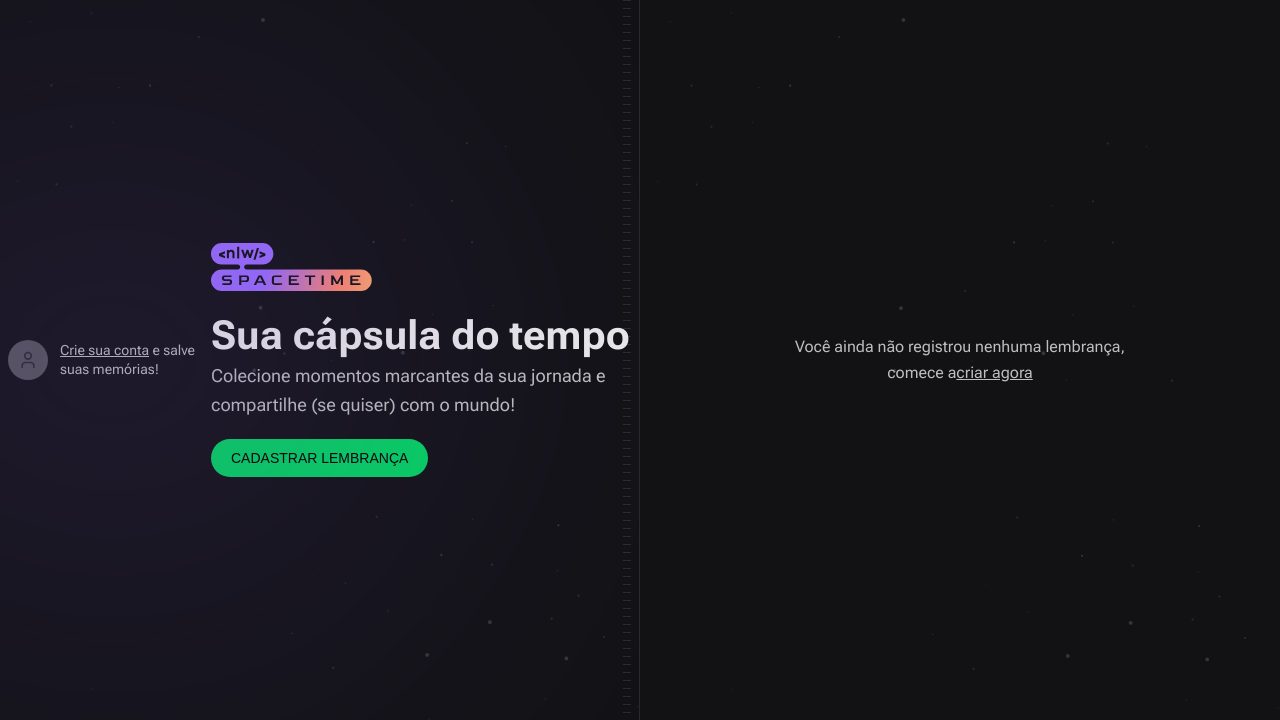
Repository: Herlander929/SpaceTime-nlw
Page: / (app in front-end/)
The author's editor kept a copy of each file at every save. The page is drawn from the files as they stood at one save, then again after the next save.
The browser window is 1280 px wide. The pictures show the whole page.
Some web fonts or font styles are not loaded; a fallback is used. The project was rebuilt for these pictures with package versions that can differ from the ones it lists, and the page was loaded fresh each time. The framework's server and built-in components were replaced by stand-ins that run in the browser. Also part of the build but not shown: front-end/next.config.js.

Above is the page before, as saved 2023-05-19 10:51:26.

### front-end/src/app/layout.tsx
import './globals.css'
import { ReactNode } from 'react'
import { Roboto_Flex as Roboto,Bai_Jamjuree as Baijamjuree } from 'next/font/google'

const roboto = Roboto({ subsets: ['latin'], variable: '--font-roboto' })
const baijamjuree = Baijamjuree({
  subsets: ['latin'],
  weight:'700',
  variable: '--font-bai-jamjuree',
 })

export const metadata = {
  title: 'NLW Spacetime ',
  description: 'Uma cápsula do tempo construída com React, Next.js, TailwindCSS e TypeScript',
}

export default function RootLayout({ children }: { children: ReactNode }) {
  return (
    <html lang="en">
      <body className={`${roboto.variable} ${baijamjuree.variable} font-sans bg-gray-900 text-gray-100`}>{children}</body>
    </html>
  )
}

### front-end/src/app/page.tsx
import { User } from 'lucide-react'
import Image from 'next/image'
import nlwLogo from '../assets/nlw-spacetime-logo.svg'

export default function Home() {
  return (
    <main className="grid grid-cols-2 min-h-screen">
      {/*Left*/}
      <div className="relative  /* bg-[url(../assets/bg-stars.svg)]  bg-cover */ flex flex-1 items-center justify-between overflow-hidden px-2 py-16 border-r border-white/10">
        {/*Blur */}
        <div className="absolute right-0 top-1/2 h-[288px] w-[526px] -translate-y-1/2 -translate-x-1/2 rounded-full bg-purple-700 opacity-50 blur-full" />
        {/*Stripes */}
        <div className="absolute bottom-0 right-2  top-0 w-2 bg-stripes" />
        {/* sign in */}
        <a href="" className="flex items-center gap-3 text-left hover:text-gray-50 transition-colors">
          <div className="flex h-10 w-10 items-center justify-center rounded-full bg-gray-400">
            <User className='h-5 w-5 text-gray-500' />
          </div>
          <p className="text-sm leading-snug max-w-[140px]">
            <span className="underline">Crie sua conta</span> e salve suas memórias!
          </p>
        </a>
        {/* Hero */}
        <div className="space-y-5">
          <Image src={nlwLogo} alt="NLWapacetime" />
          <div className="max-w-[420px] Space-y-1">
            <h1 className="mt-5 text-5xl font-bold leading-tight text-gray-50">Sua cápsula do tempo</h1>
            <p className="text-lg leading-relaxed">
              Colecione momentos marcantes da sua jornada e compartilhe (se quiser) com o mundo!
            </p>
          </div>

          <a className="inline-block rounded-full bg-green-500 px-5 py-3 font-alt text-sm uppercase leading-none text-black hover:bg-green-600" href="">CADASTRAR LEMBRANÇA</a>
        </div>
      </div>
      {/*Right*/}
      <div className="flex flex-col /* bg-[url(../assets/bg-stars.svg)] bg-cover */ p-16 ">
        <div className="flex flex-1 items-center justify-center">
          <p className="text-center leading-relaxed w-[360px]">
            Você ainda não registrou nenhuma lembrança, comece a{''}
            <a href="" className="underline hover:text-gray-50">
              criar agora
            </a>
          </p>
        </div>
      </div>
    </main>
  )
}

### front-end/src/app/globals.css
@tailwind base;
@tailwind components;
@tailwind utilities;


body {
-webkit-font-smoothing: antialiased;
text-rendering: optimizeLegibility;
}

### front-end/tailwind.config.js
/** @type {import('tailwindcss').Config} */
module.exports = {
  content: [
    './src/pages/**/*.{js,ts,jsx,tsx,mdx}',
    './src/components/**/*.{js,ts,jsx,tsx,mdx}',
    './src/app/**/*.{js,ts,jsx,tsx,mdx}',
  ],
  theme: {
    extend: {
     fontFamily: {
      sans: 'var(--font-roboto)',
      alt: 'var(--font-bai-jamjuree)',
     },
     colors: {
      gray: {
  50: '#eaeaea',
  100:'#bebebf',
  200:'#9e9ea0',
  300:'#727275',
  400:'#56565a',
  500:'#2c2c31',
  600:'#28282d',
  700:'#1f1f23',
  800:'#18181b',
  900:'#121215'
      },
     purple : {
  50: '#f3eefc',
  100:'#d8cbf7',
  200:'#c6b2f3',
  300:'#ab8eee',
  400:'#9b79ea',
  500:'#8257e5',
  600:'#764fd0',
  700:'#5c3ea3',
  800:'#48307e',
  900:'#372560'
      },
     green : {
  50: '#e6fbef',
  100:'#b1f1ce',
  200:'#8cebb6',
  300:'#57e295',
  400:'#36dc81',
  500:'#04d361',
  600:'#04c058',
  700:'#039645',
  800:'#027435',
  900:'#025929'
      }
     },
     fontSize: {
      '5xl':'2.5rem',
     },
     backgroundImage: {
      stripes: 'linear-gradient(to bottom, rgba(255, 255, 255, 0.1), rgba(255, 255, 255, 0.1) 12.5%, transparent 12.5%, transparent)',
     },
     backgroundSize: {
      stripes: '100% 8px',
     },
     blur: {
      full: '194px',
     }
    },
  },
  plugins: [],
}

After the next save:
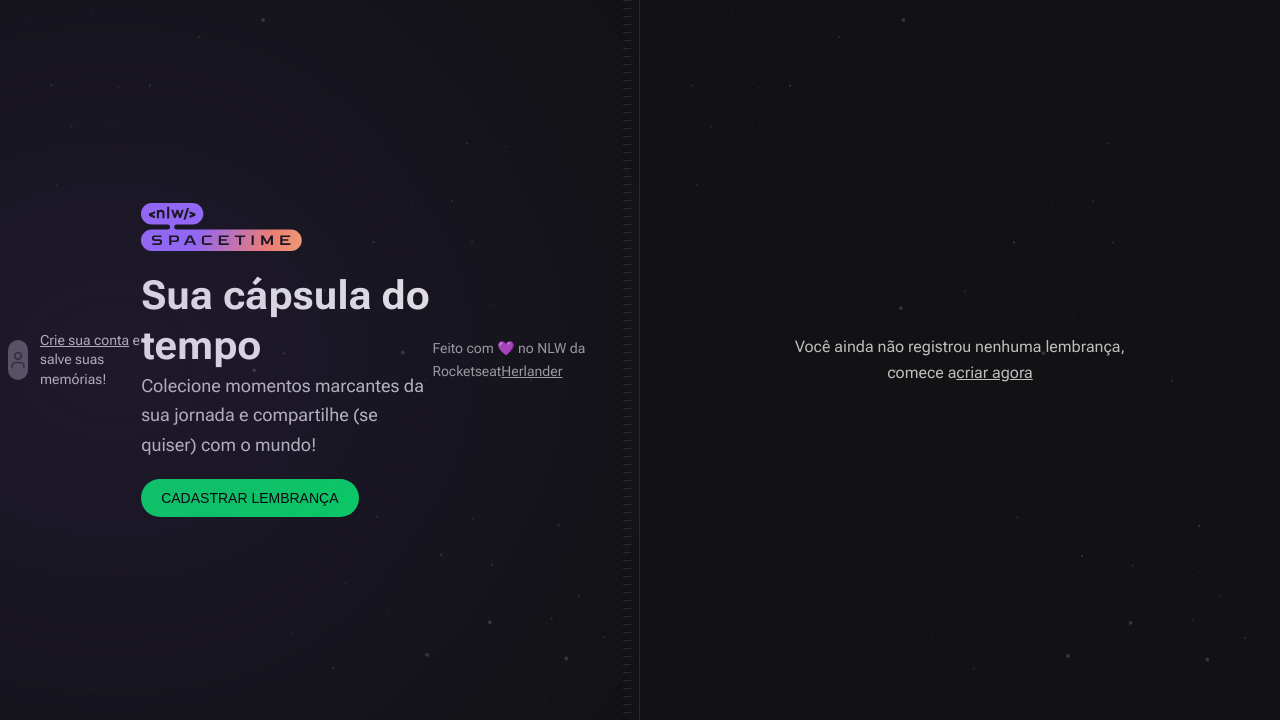
Saved 6 min 36 s later.
--- a/front-end/src/app/page.tsx
+++ b/front-end/src/app/page.tsx
@@ -32,6 +32,15 @@ export default function Home() {
 
           <a className="inline-block rounded-full bg-green-500 px-5 py-3 font-alt text-sm uppercase leading-none text-black hover:bg-green-600" href="">CADASTRAR LEMBRANÇA</a>
         </div>
+
+        {/* copyright */}
+        <div className="text-sm leading-relaxed text-gray-200">
+          Feito com 💜 no NLW da Rocketseat{''}
+          <a target="_blank"
+          rel='noreferrer'
+          className="underline hover:text-gray-100"
+          href="https://github.com/Herlander929/">Herlander</a>
+        </div>
       </div>
       {/*Right*/}
       <div className="flex flex-col /* bg-[url(../assets/bg-stars.svg)] bg-cover */ p-16 ">
